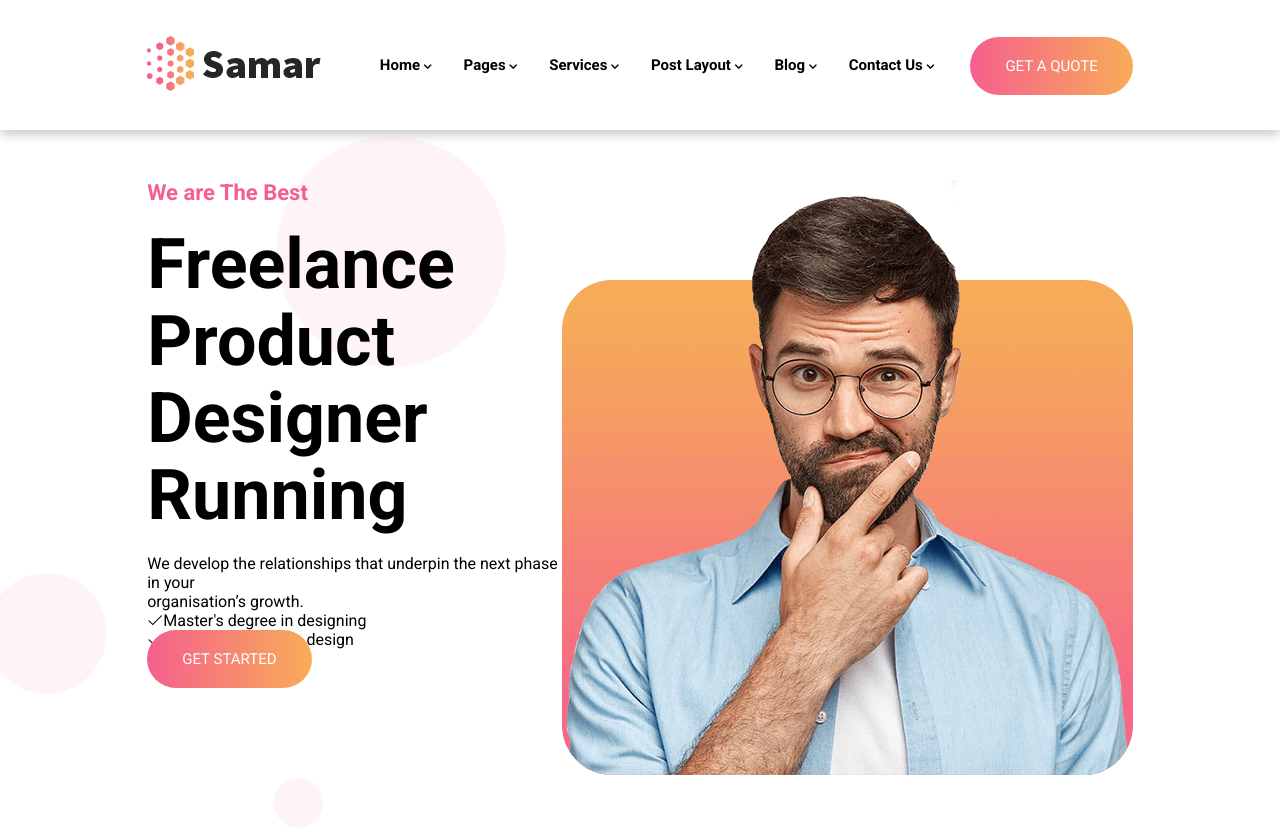
Repository: leequanganh/sammar
Page: html/index.html
The author's editor kept a copy of each file at every save. The page is drawn from the files as they stood at one save, then again after the next save.
The browser window is 1280 px wide. The pictures show the whole page.

Above is the page before, as saved 2021-12-09 14:44:12.

After the next save:
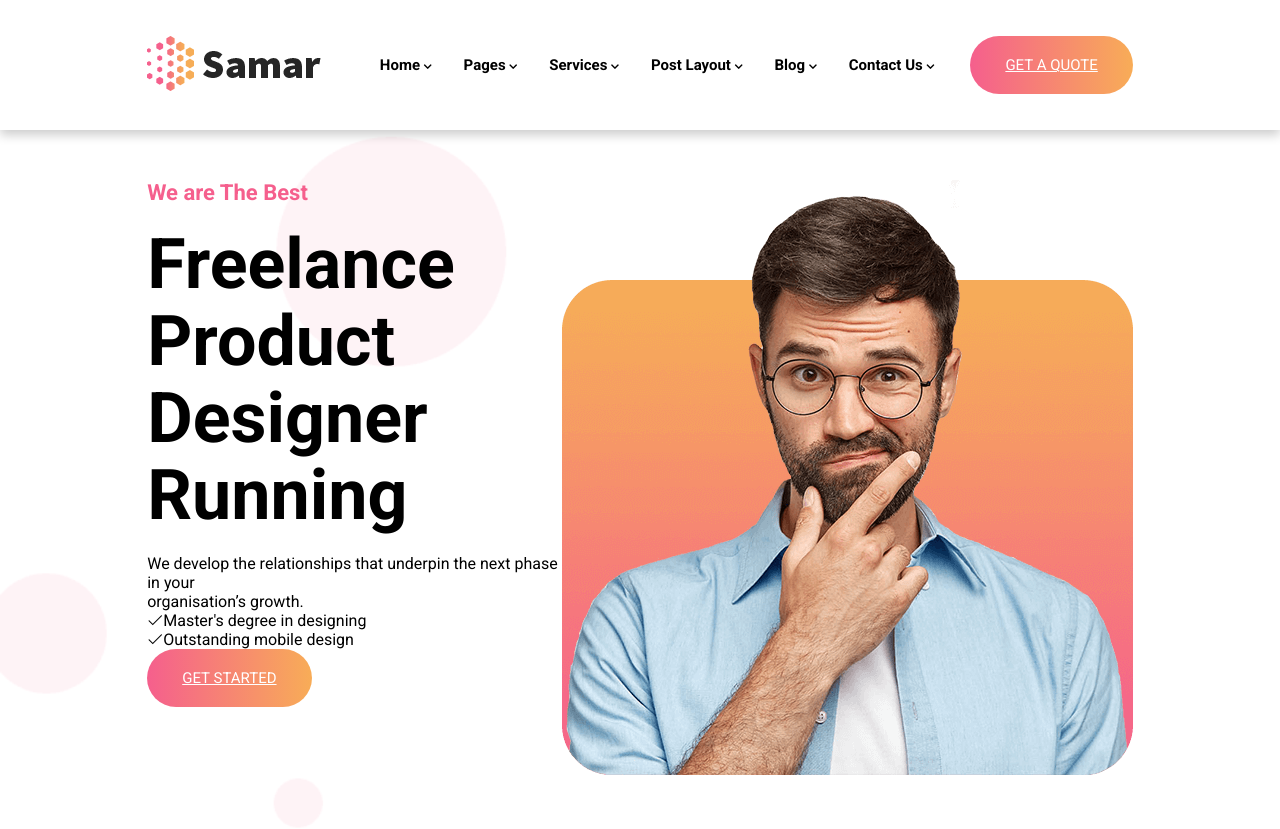
Saved 4 s later.
--- a/css/index.css
+++ b/css/index.css
@@ -76,7 +76,7 @@ span{
 .header .btn{
     margin-left: 20px;
 }
-.btn a{
+.btn {
     padding: 20px 35px;
     line-height: 18px;
     font-size: 15px;
